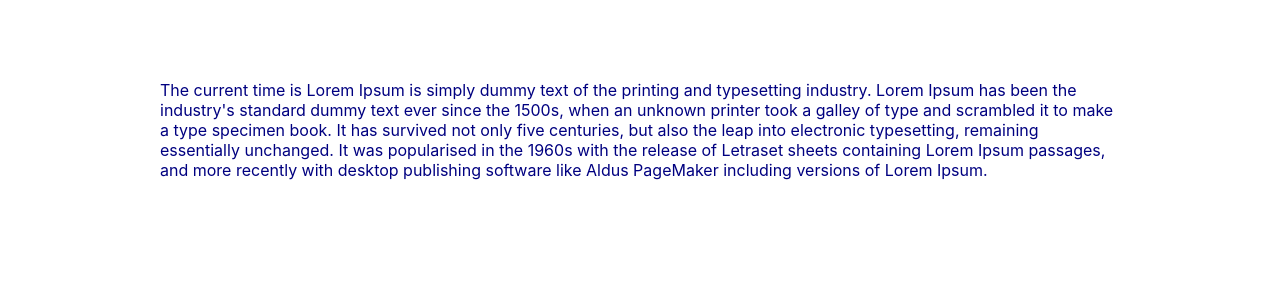
Repository: eg7eg7/Text-Play
Page: /
These files come from the project's save history. The page is drawn as it stood at one moment and after the next save; the edit follows.
The browser window is 1280 px wide. The pictures show the whole page.
The project was rebuilt for these pictures with package versions that can differ from the ones it lists, and the page was loaded fresh each time.

Above is the page before, as saved 2021-01-11 21:57:20.

### src/index.tsx
import React from 'react';
import ReactDOM from 'react-dom';
import './index.css';
import { TextPlay } from './TextPlay';
import reportWebVitals from './reportWebVitals';

ReactDOM.render(
  <React.StrictMode>
    <TextPlay />
  </React.StrictMode>,
  document.getElementById('root')
);

// If you want to start measuring performance in your app, pass a function
// to log results (for example: reportWebVitals(console.log))
// or send to an analytics endpoint. Learn more: https://bit.ly/CRA-vitals
reportWebVitals();

### src/TextPlay.tsx
import React, { Component } from 'react';
import './TextPlay.css';
type TextState = {
    text: string
}
export class TextPlay extends Component<{}, TextState> {
    tick() {
        this.setState({ text: "Lorem Ipsum is simply dummy text of the printing and typesetting industry. Lorem Ipsum has been the industry's standard dummy text ever since the 1500s, when an unknown printer took a galley of type and scrambled it to make a type specimen book. It has survived not only five centuries, but also the leap into electronic typesetting, remaining essentially unchanged. It was popularised in the 1960s with the release of Letraset sheets containing Lorem Ipsum passages, and more recently with desktop publishing software like Aldus PageMaker including versions of Lorem Ipsum."});
    }

    componentWillMount() {
        this.tick();
    }

    componentDidMount() {
        this.tick();
    }

    render() {
        return <div className="TextPlay"><p>The current time is {this.state.text}</p></div>
      }
}

### src/TextPlay.css
p {
    color: navy;
}

.hide {
    color:grey;
}
.bold {
    font-weight: bold;
    color:black;
}
.TextPlay {
    display: block;
    margin-top: 5em;
    margin-bottom: 5em;
    margin-left: 10em;
    margin-right: 10em;
}

Loaded but not shown: public/index.html (common file); src/index.css (common file); src/reportWebVitals.ts (common file)

After the next save:
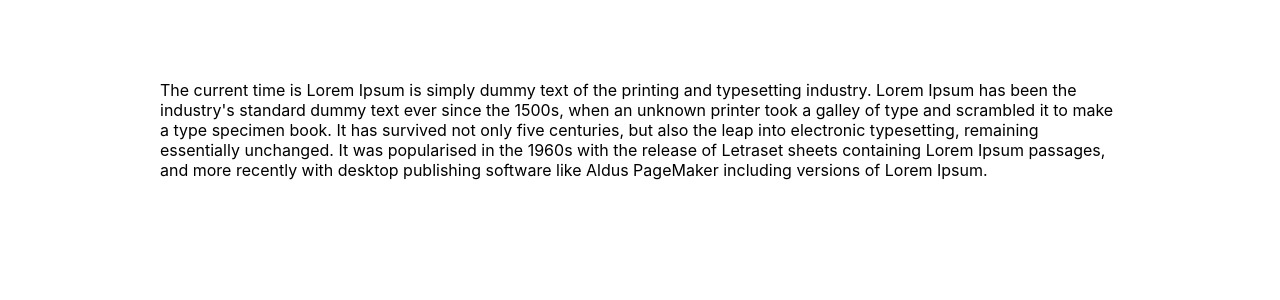
Saved 5 s later.
--- a/src/TextPlay.css
+++ b/src/TextPlay.css
@@ -1,6 +1,3 @@
-p {
-    color: navy;
-}
 
 .hide {
     color:grey;
